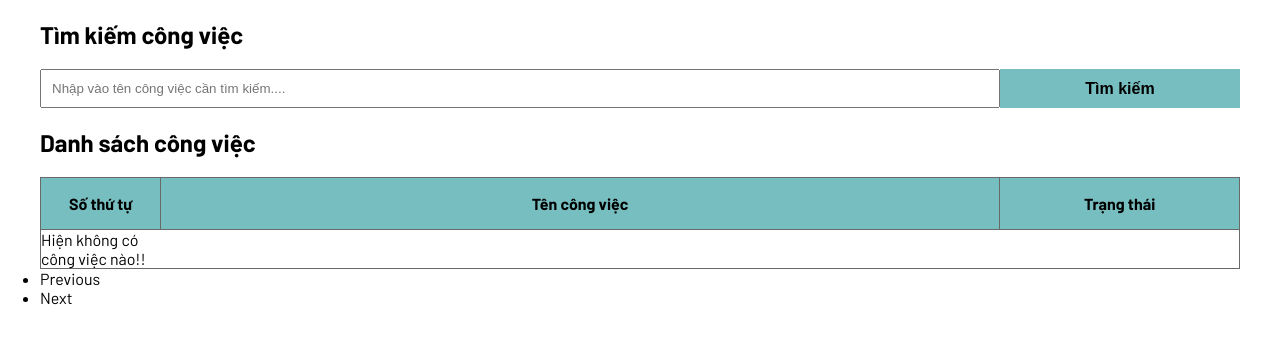
Repository: OkazakiTruong/searchReact
Page: /
An editor plug-in stored every save of this project. The page is shown before and after the next save, followed by the edit.
The browser window is 1280 px wide. The pictures show the whole page.
The page's requests for data from a server got no answer. The project was rebuilt for these pictures with package versions that can differ from the ones it lists, and the page was loaded fresh each time. No one was signed in, and anything a server would have sent is missing. Also part of the build but not shown: vite.config.js, src/SearchApp/Pagination/Pagination.jsx.

Above is the page before, as saved 2024-01-11 18:35:13.

After the next save:
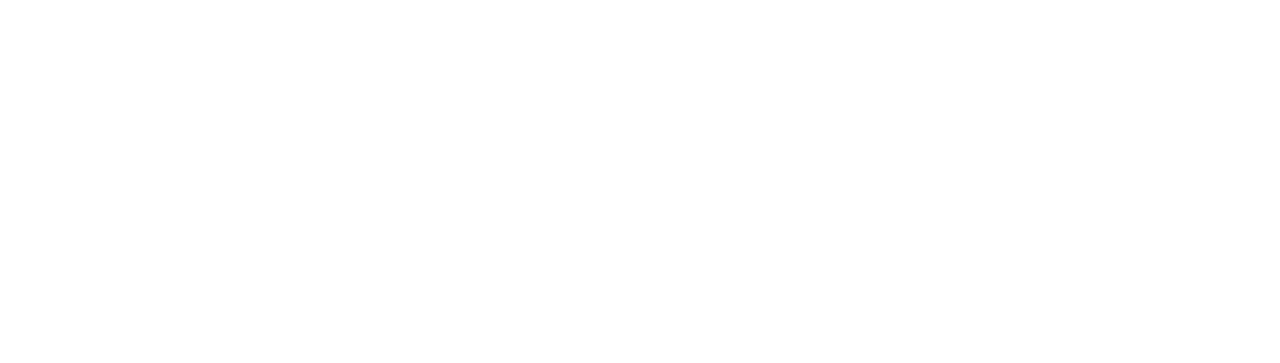
Console error: ReferenceError: handlePageClick is not defined
Saved 54 s later.
--- a/src/SearchApp/SearchAppContainer.jsx
+++ b/src/SearchApp/SearchAppContainer.jsx
@@ -27,7 +27,15 @@
     <div>
       <Search />
       <ListTodo todos={todos} />
-      <ReactPaginate />
+      <ReactPaginate
+        breakLabel="..."
+        nextLabel="next >"
+        onPageChange={handlePageClick}
+        pageRangeDisplayed={5}
+        pageCount={pageCount}
+        previousLabel="< previous"
+        renderOnZeroPageCount={null}
+      />
     </div>
   );
 };

After the save that followed:
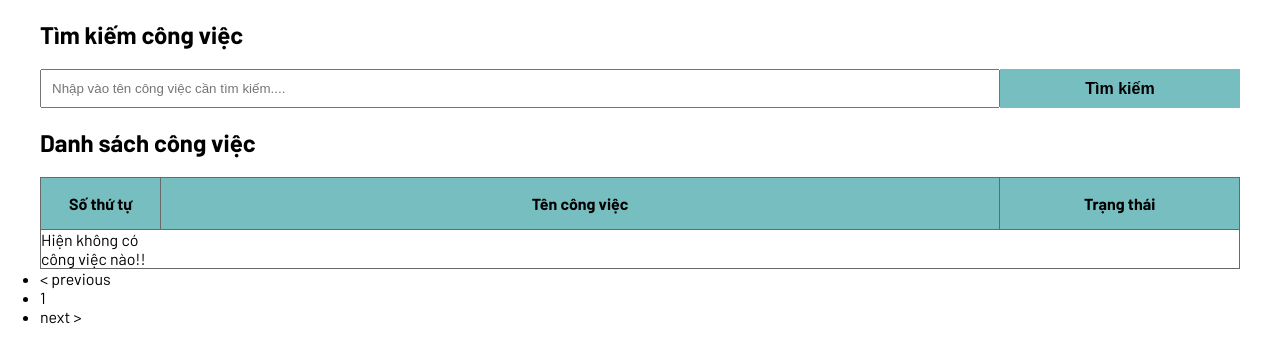
The error is gone.
Saved 24 s later.
--- a/src/SearchApp/SearchAppContainer.jsx
+++ b/src/SearchApp/SearchAppContainer.jsx
@@ -30,9 +30,8 @@
       <ReactPaginate
         breakLabel="..."
         nextLabel="next >"
-        onPageChange={handlePageClick}
         pageRangeDisplayed={5}
-        pageCount={pageCount}
+        pageCount={1}
         previousLabel="< previous"
         renderOnZeroPageCount={null}
       />
